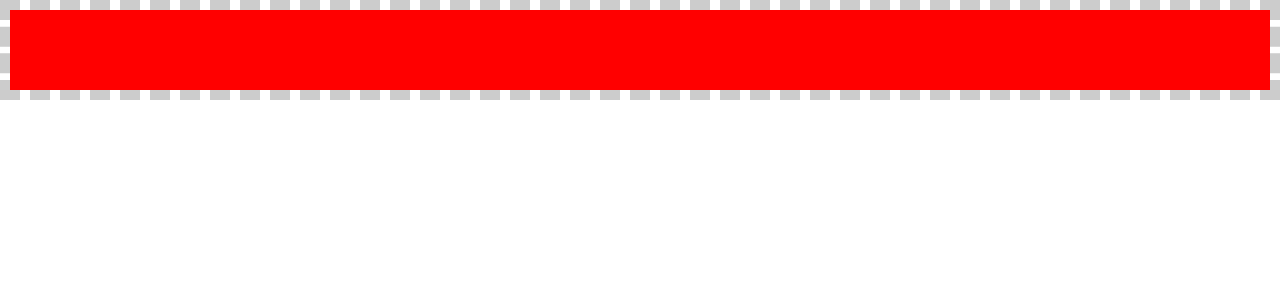
Repository: critdang/electro_store
Page: javascript_project/HTML &CSS practice/index.html
The author's editor kept a copy of each file at every save. The page is drawn from the files as they stood at one save, then again after the next save.
The browser window is 1280 px wide. The pictures show the whole page.

Above is the page before, as saved 2021-10-01 22:36:15.

### javascript_project/HTML &CSS practice/index.html
<!DOCTYPE html>
<html lang="en">
    <head>
        <meta charset="UTF-8">
        <meta http-equiv="X-UA-Compatible" content="IE=edge">
        <meta name="viewport" content="width=device-width, initial-scale=1.0">
        <title>Document</title>
        <style>
            html,body{
                margin:0
            }
            .header{
                width:100%;
                height: 100px;
                background-color: red;
                padding: 20px;
                box-sizing: border-box;
                border: 10px dashed #ccc;
                background-clip: padding-box;
                /* mặc định border-box */
            }
        </style>
    </head>
    <body>
        <div class="header">

        </div>
    </body>
</html>

After the next save:
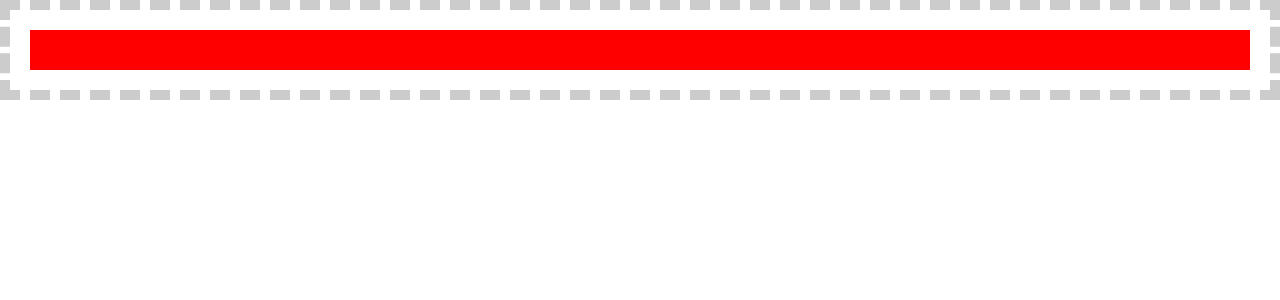
Saved 2 min 53 s later.
--- a/javascript_project/HTML &CSS practice/index.html
+++ b/javascript_project/HTML &CSS practice/index.html
@@ -16,7 +16,8 @@
                 padding: 20px;
                 box-sizing: border-box;
                 border: 10px dashed #ccc;
-                background-clip: padding-box;
+                background-clip: content-box;
+                /* Đổ từ padding vào */
                 /* mặc định border-box */
             }
         </style>

After the save that followed:
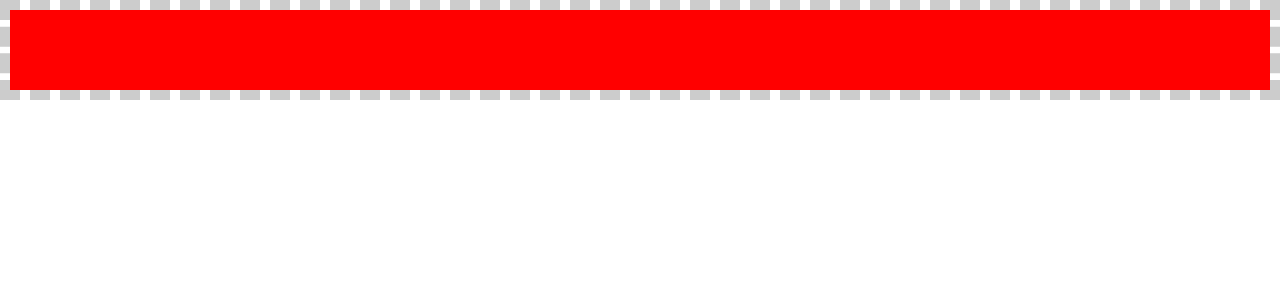
Saved 83 s later.
--- a/javascript_project/HTML &CSS practice/index.html
+++ b/javascript_project/HTML &CSS practice/index.html
@@ -16,7 +16,7 @@
                 padding: 20px;
                 box-sizing: border-box;
                 border: 10px dashed #ccc;
-                background-clip: content-box;
+                background-clip: padding-box;
                 /* Đổ từ padding vào */
                 /* mặc định border-box */
             }
